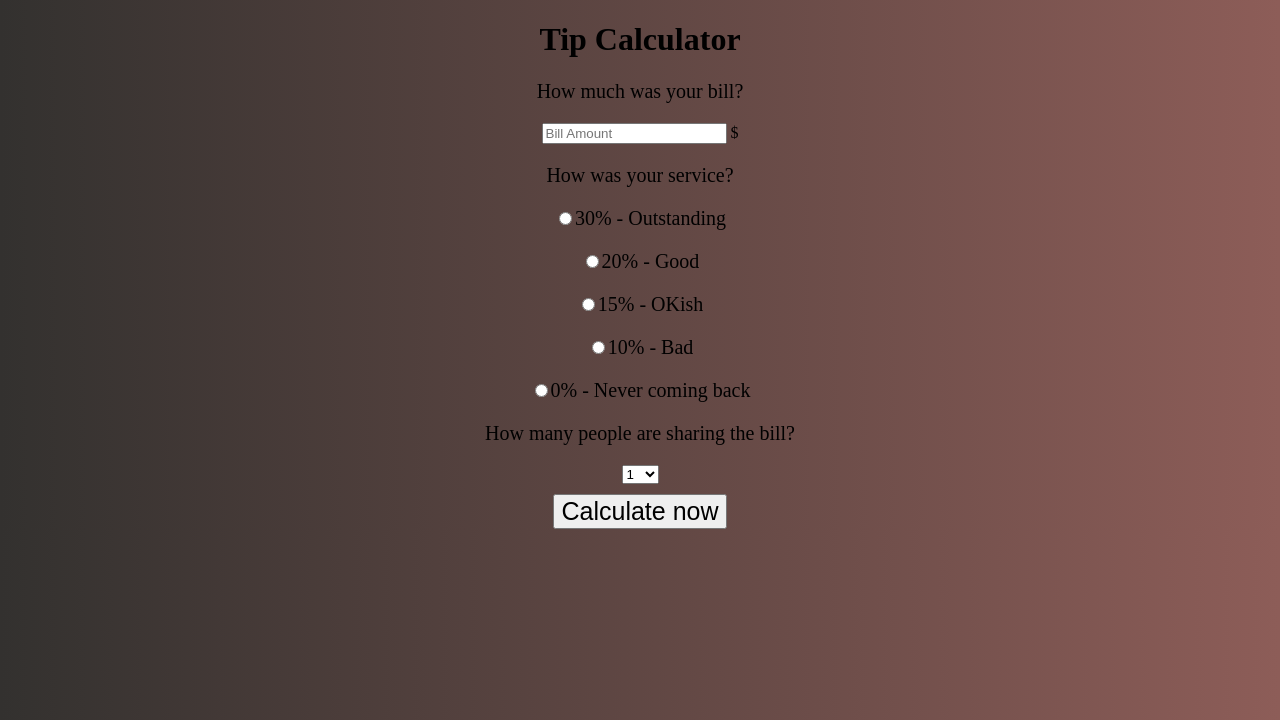
Repository: NiutaR/tip-calculator
Page: index.html
These files come from the project's save history. The page is drawn as it stood at one moment and after the next save; the edit follows.
The browser window is 1280 px wide. The pictures show the whole page.

Above is the page before, as saved 2021-07-24 17:11:45.

### index.html
<!DOCTYPE html>
<html lang="en">

<head>
    <meta charset="UTF-8">
    <meta http-equiv="X-UA-Compatible" content="IE=edge">
    <meta name="viewport" content="width=device-width, initial-scale=1.0">
    <link rel="stylesheet" href="style.css">
    <title>Tip Calculator</title>
</head>

<body>
    <div id="container">
        <h1>Tip Calculator</h1>

        <div id="calculator">
            <form>
                <p>How much was your bill?</p>
                <input id="amount" type="text" placeholder="Bill Amount"> $
                <p>How was your service?</p>
                <p><input id="service" type="radio" value="0.3">30&#37 - Outstanding</p>
                <p><input id="service" type="radio" value="0.2">20&#37 - Good</p>
                <p><input id="service" type="radio" value="0.15">15&#37 - OKish</p>
                <p><input id="service" type="radio" value="0.1">10&#37 - Bad</p>
                <p><input id="service" type="radio" value="0.05">0&#37 - Never coming back</p>
                <p>How many people are sharing the bill?</p>
                <select>
                    <option value="1">1</option>
                    <option value="2">2</option>
                    <option value="3">3</option>
                    <option value="4">4</option>
                    <option value="5">5</option>
                    <option value="6">6</option>
                    <option value="7">7</option>
                    <option value="8">8</option>
                    <option value="9">9</option>
                    <option value="10">10</option>
                </select>
                <br>
                <button id="btn">Calculate now</button>
            </form>
        </div>
    </div>
    <script src="index.js"></script>
</body>

</html>

### style.css
body {
    background: coral;
    background: -webkit-linear-gradient(to left, #8d817f, #cecac5);
    /* Chrome 10-25, Safari 5.1-6 */
    background: linear-gradient(to left, #8d5d58, #33312f);
}
#container {
    width: 500px;
    height: 500px;
    text-align: center;
    margin: 0 auto;
}
p {
    font-size: 20px;
}
#btn {
    font-size: 25px;
    margin-top: 10px;
}

Loaded but not shown: index.js (no copy from this time; the picture is the same without it)

After the next save:
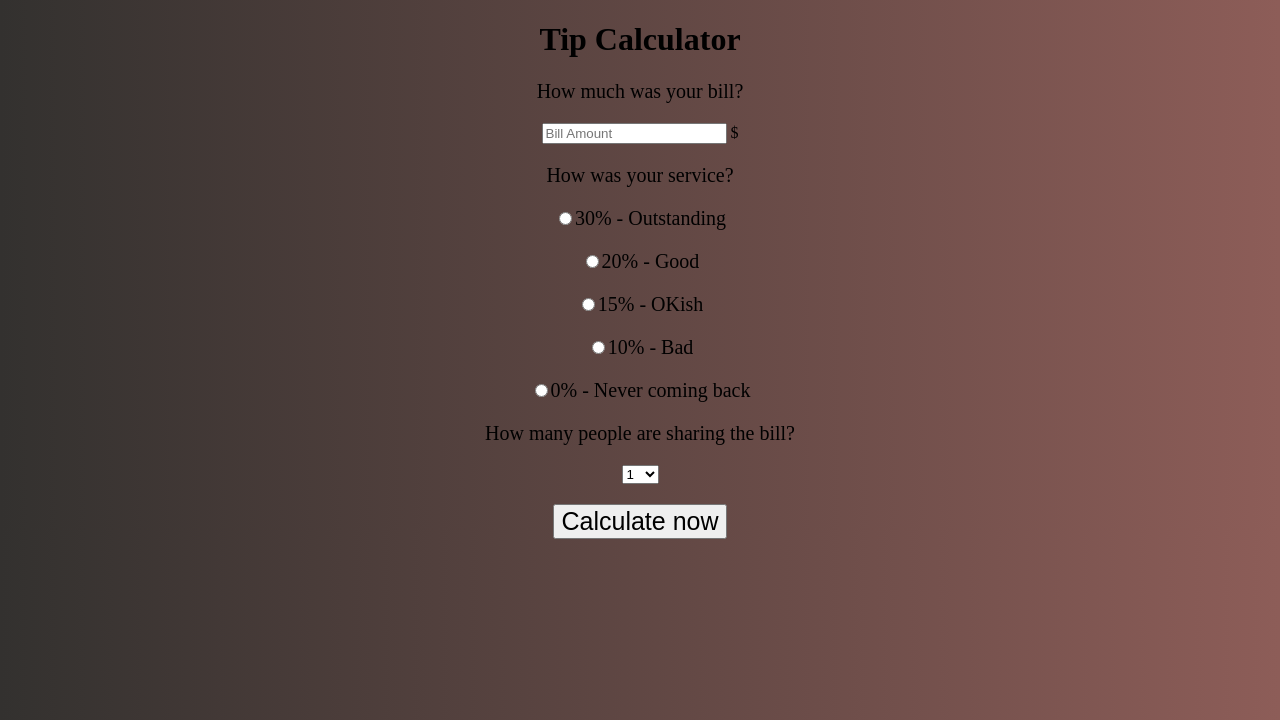
Saved 5 s later.
--- a/style.css
+++ b/style.css
@@ -15,5 +15,5 @@ p {
 }
 #btn {
     font-size: 25px;
-    margin-top: 10px;
+    margin-top: 20px;
 }
